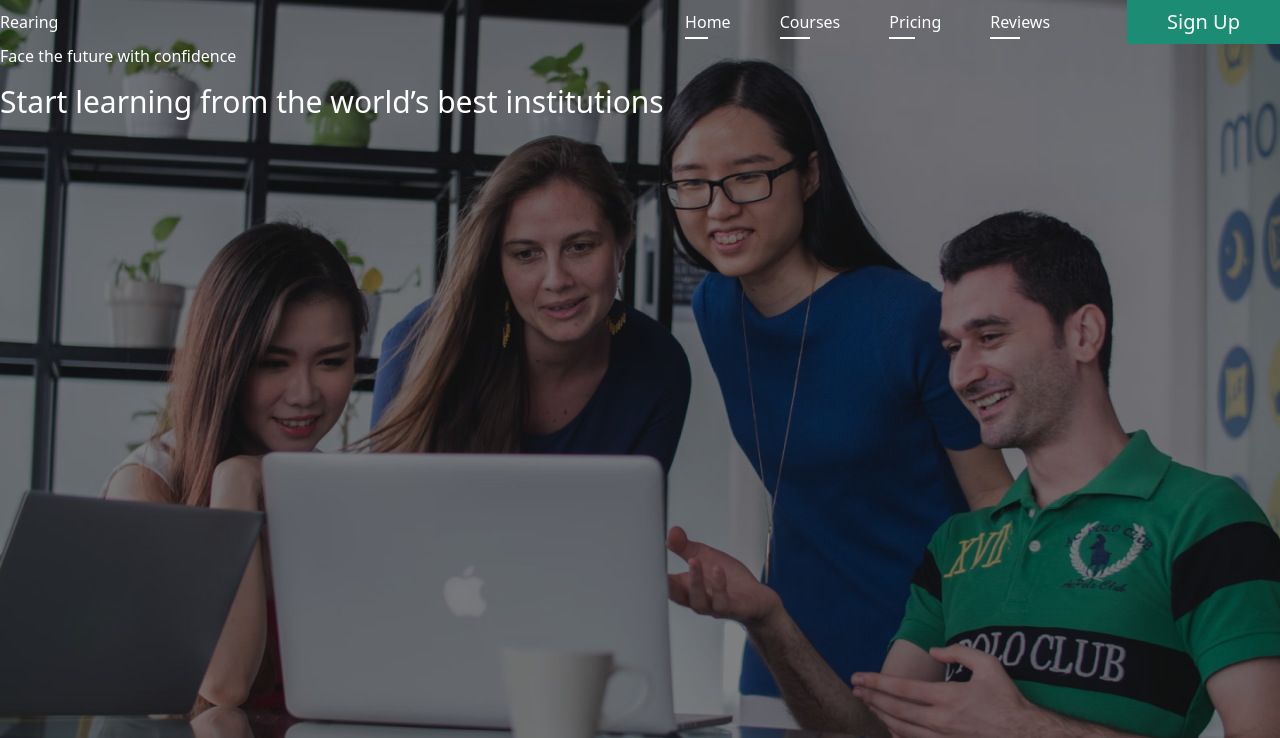
Repository: vandangnhathung/educationplatform
Page: /
An editor plug-in stored every save of this project. The page is shown before and after the next save, followed by the edit.
The browser window is 1280 px wide. The pictures show the whole page.
The project was rebuilt for these pictures with package versions that can differ from the ones it lists, and the page was loaded fresh each time.

Above is the page before, as saved 2022-06-20 14:59:09.

After the next save:
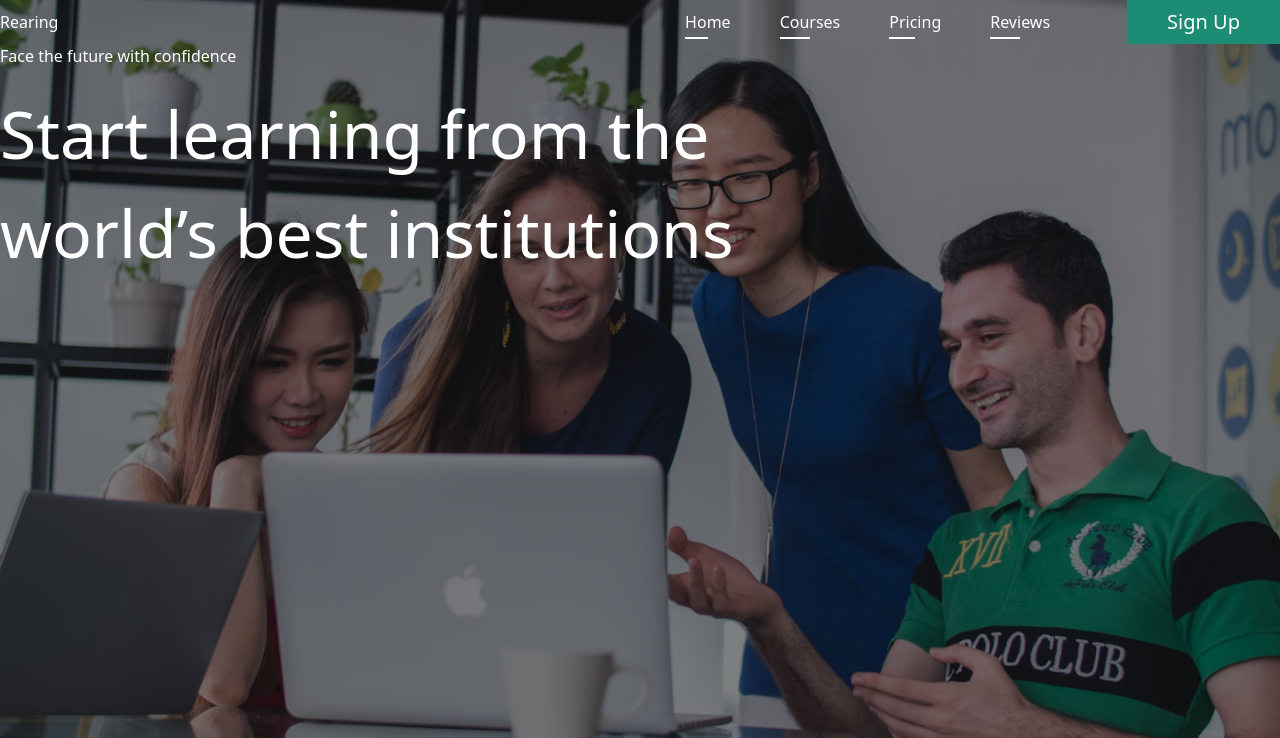
Saved 29 s later.
--- a/src/components/Header.js
+++ b/src/components/Header.js
@@ -48,7 +48,7 @@ const Header = () => {
               <h3 className="text-base mb-4">
                 Face the future with confidence
               </h3>
-              <h1 className="desc max-w-[777px] text-3xl">
+              <h1 className="desc max-w-[777px] text-[66px]">
                 Start learning from the world’s best institutions
               </h1>
             </div>
